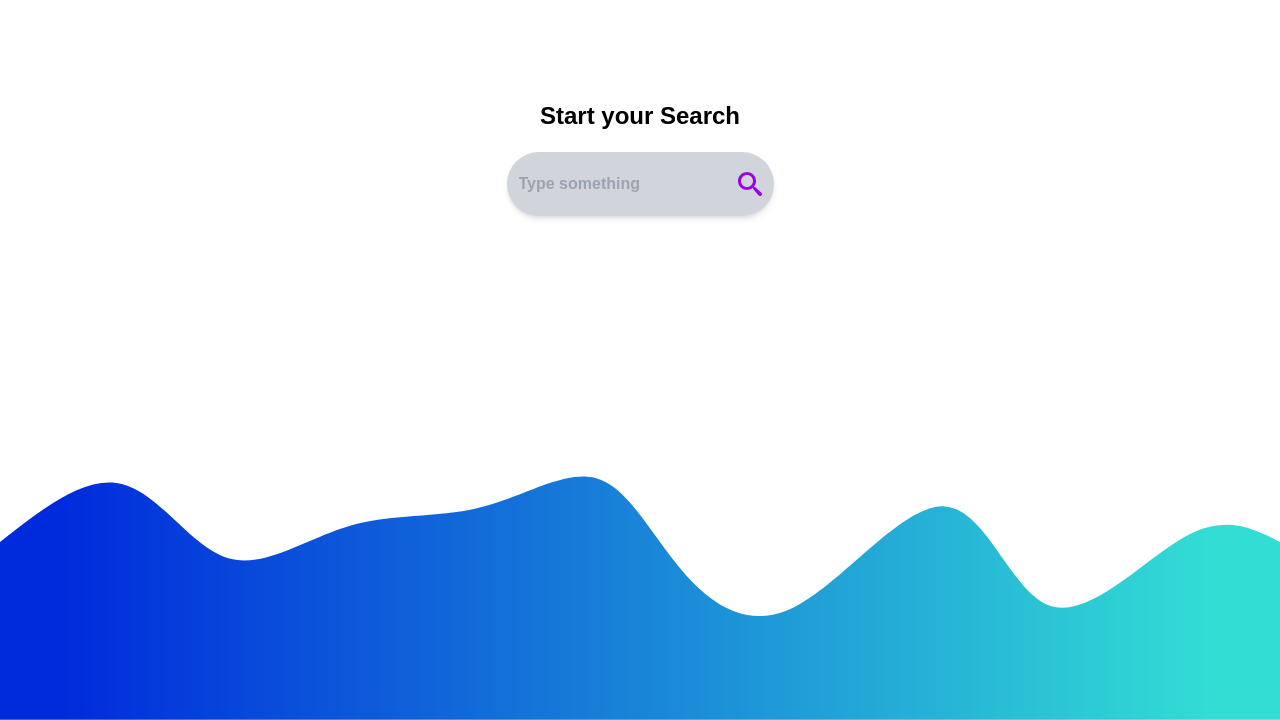
Repository: evergreenx/dictionary-octo
Page: /
An editor plug-in stored every save of this project. The page is shown before and after a run of saves, followed by the edit.
The browser window is 1280 px wide. The pictures show the whole page.
The project was rebuilt for these pictures with package versions that can differ from the ones it lists, and the page was loaded fresh each time. The framework's server and built-in components were replaced by stand-ins that run in the browser. Also part of the build but not shown: next.config.js.

Above is the page before, as saved 2022-04-30 15:06:24.

### pages/index.js
import Head from "next/head";
import Image from "next/image";
import bgimage from "../public/bg.svg";

import { ImSearch } from "react-icons/im";

export default function Home() {
  return (
    <div>
      <Head>
        <title>Create Next App</title>
        <meta name="description" content="Generated by create next app" />
        <link rel="icon" href="/favicon.ico" />
      </Head>

      <main className=" flex flex-col justify-center items-center py-20">
        <div className="input--container">
          <h1 className="text-2xl font-bold text-center py-5">
            Start your Search
          </h1>

          <div className="flex items-center bg-gray-300 shadow-md rounded-full py-3 px-3">
            <input
              className="input--text bg-gray-300 font-bold outline-none py-2"
              type="text"
              placeholder="Type something"
            />

            <ImSearch className="text-[#9900efff] text-2xl" />
          </div>
        </div>
      </main>
    </div>
  );
}

### styles/globals.css
@tailwind base;
@tailwind components;
@tailwind utilities;

@import url("https://fonts.googleapis.com/css2?family=Quicksand&display=swap");

* {
  box-sizing: border-box;
  margin: 0;
  padding: 0;
}

body {
  background-image: url("../public/bg.svg");
  background-repeat: no-repeat;
  background-size: contain;
  background-position: bottom;

  height: 100vh;
  font-family: "Quicksand", sans-serif;
}

a {
  color: inherit;
  text-decoration: none;
}

Loaded but not shown: pages/_app.js (common file); tailwind.config.js (common file)

After the next 2 saves:
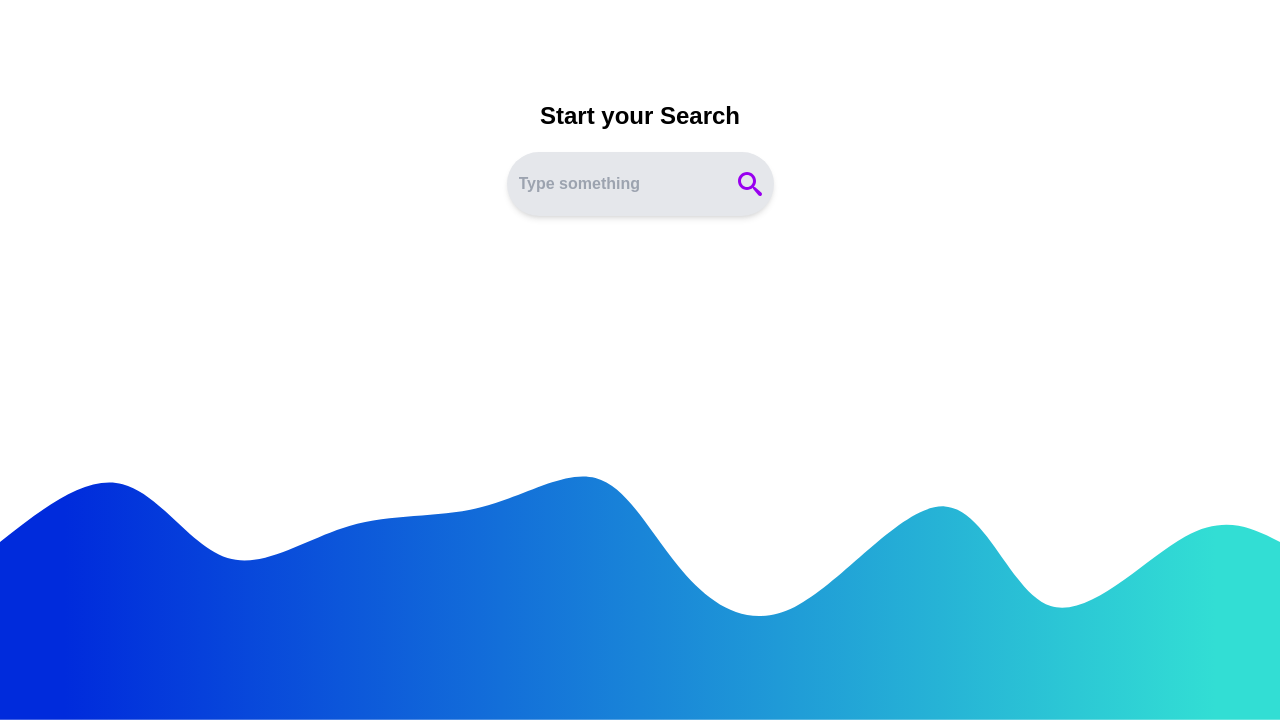
The 2 saves are shown as one change because they came seconds apart.
The last was saved 7 s later.
--- a/pages/index.js
+++ b/pages/index.js
@@ -19,9 +19,9 @@ export default function Home() {
             Start your Search
           </h1>
 
-          <div className="flex items-center bg-gray-300 shadow-md rounded-full py-3 px-3">
+          <div className="flex items-center bg-gray-200 shadow-md rounded-full py-3 px-3">
             <input
-              className="input--text bg-gray-300 font-bold outline-none py-2"
+              className="input--text bg-gray-200 font-bold outline-none py-2"
               type="text"
               placeholder="Type something"
             />
